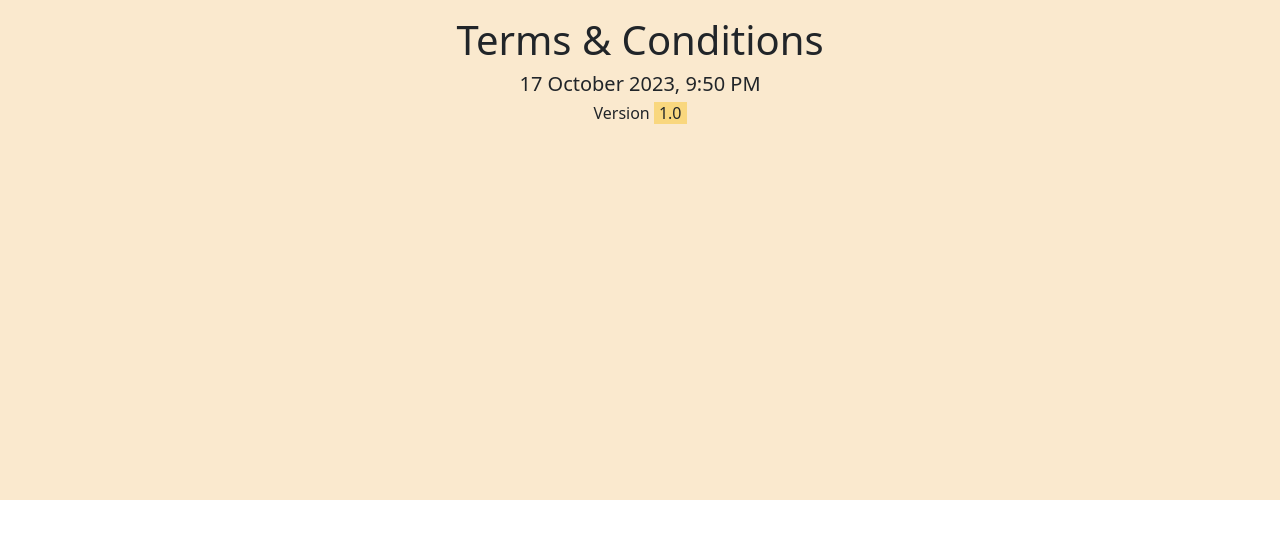
Repository: injectGroup/github.io
Page: terms.html
The author's editor kept a copy of each file at every save. The page is drawn from the files as they stood at one save, then again after the next save.
The browser window is 1280 px wide. The pictures show the whole page.

Above is the page before, as saved 2023-11-30 07:25:13.

After the next save:
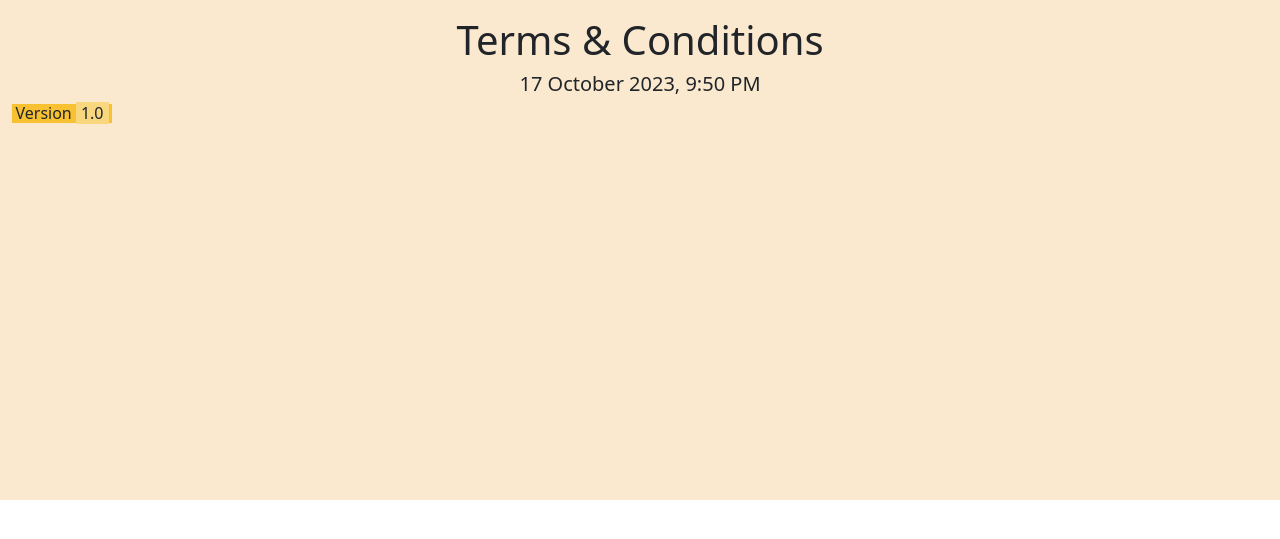
Saved 23 s later.
--- a/terms.html
+++ b/terms.html
@@ -27,7 +27,7 @@
                 17 October 2023, 9:50 PM
             </h5>
             <div class="col align-self-center">
-                <h6 class="text-center">
+                <h6 class="text-center version">
                     Version
                     <span class="version-number">1.0</span>
                 </h6>
